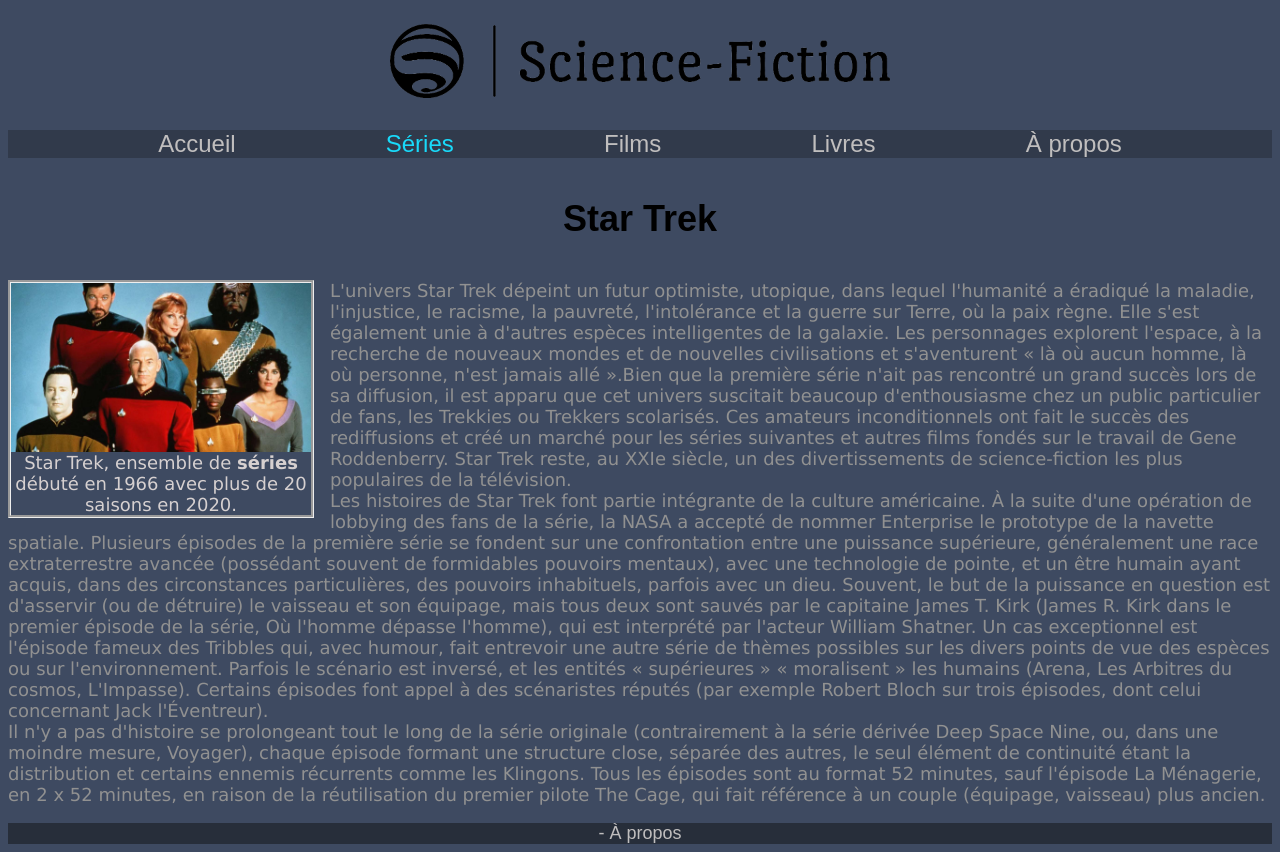
Repository: Emalios/Projet-Web
Page: html/series/star-trek.html
An editor plug-in stored every save of this project. The page is shown before and after the next save, followed by the edit.
The browser window is 1280 px wide. The pictures show the whole page.

Above is the page before, as saved 2020-11-11 20:49:55.

### html/series/star-trek.html
<!DOCTYPE html>
<html lang="fr" dir="ltr">

<head>
  <meta charset="utf-8">
  <meta name="viewport" content="width=device-width, initial-scale=1.0">
  <title>Star Trek</title>
  <link rel="icon" href="../../images/small_icon.png" type="image/png">
  <link rel="stylesheet" href="../../css/common.css">
  <link rel="stylesheet" href="../../css/description.css">
</head>

<body>
  <header>
    <img id="logo" src="../../images/logo_large.png" alt="logo de Science-fiction">

    <nav class="navbar">
      <a href="../../index.html" class="nav-link">Accueil</a>
      <a href="../series.html" id="active" class="nav-link">Séries</a>
      <a href="../films.html" class="nav-link">Films</a>
      <a href="../livres.html" class="nav-link">Livres</a>
      <a href="../a-propos.html" class="nav-link">À propos</a></li>
    </nav>
  </header>
  <h1 id="title">Star Trek</h1>
  <figure class="figure_descriptive">
    <img class="image_descriptive" alt="L'équipage de l'Enterprise" src="../../images/page-serie/star-trek-equipage.jpg" />
    <figcaption class="description">Star Trek, ensemble de <b>séries</b> débuté en 1966 avec plus de 20 saisons en 2020.</figcaption>
  </figure>
  <main>
  <p class="resume">
    L'univers Star Trek dépeint un futur optimiste, utopique, dans lequel l'humanité a éradiqué la maladie, l'injustice, le racisme, la pauvreté, l'intolérance et la guerre sur Terre, où la paix règne. Elle s'est également unie à d'autres espèces
    intelligentes de la galaxie. Les personnages explorent l'espace, à la recherche de nouveaux mondes et de nouvelles civilisations et s'aventurent « là où aucun homme, là où personne, n'est jamais allé ».Bien que la première série n'ait pas
    rencontré un grand succès lors de sa diffusion, il est apparu que cet univers suscitait beaucoup d'enthousiasme chez un public particulier de fans, les Trekkies ou Trekkers scolarisés. Ces amateurs inconditionnels ont fait le succès des
    rediffusions et créé un marché pour les séries suivantes et autres films fondés sur le travail de Gene Roddenberry. Star Trek reste, au XXIe siècle, un des divertissements de science-fiction les plus populaires de la télévision.</br>

    Les histoires de Star Trek font partie intégrante de la culture américaine. À la suite d'une opération de lobbying des fans de la série, la NASA a accepté de nommer Enterprise le prototype de la navette spatiale.

    Plusieurs épisodes de la première série se fondent sur une confrontation entre une puissance supérieure, généralement une race extraterrestre avancée (possédant souvent de formidables pouvoirs mentaux), avec une technologie de pointe, et un être
    humain ayant acquis, dans des circonstances particulières, des pouvoirs inhabituels, parfois avec un dieu. Souvent, le but de la puissance en question est d'asservir (ou de détruire) le vaisseau et son équipage, mais tous deux sont sauvés par le
    capitaine James T. Kirk (James R. Kirk dans le premier épisode de la série, Où l'homme dépasse l'homme), qui est interprété par l'acteur William Shatner. Un cas exceptionnel est l'épisode fameux des Tribbles qui, avec humour, fait entrevoir une
    autre série de thèmes possibles sur les divers points de vue des espèces ou sur l'environnement. Parfois le scénario est inversé, et les entités « supérieures » « moralisent » les humains (Arena, Les Arbitres du cosmos, L'Impasse). Certains
    épisodes font appel à des scénaristes réputés (par exemple Robert Bloch sur trois épisodes, dont celui concernant Jack l'Éventreur).</br>

    Il n'y a pas d'histoire se prolongeant tout le long de la série originale (contrairement à la série dérivée Deep Space Nine, ou, dans une moindre mesure, Voyager), chaque épisode formant une structure close, séparée des autres, le seul élément de
    continuité étant la distribution et certains ennemis récurrents comme les Klingons. Tous les épisodes sont au format 52 minutes, sauf l'épisode La Ménagerie, en 2 x 52 minutes, en raison de la réutilisation du premier pilote The Cage, qui fait
    référence à un couple (équipage, vaisseau) plus ancien.
  </p>
  </main>
  <footer><a href="../a-propos.html" class="footer-link">- À propos</a></footer>

</body>

</html>

### css/common.css
body {
  background-color: #3e4a61;
  font-size: 18px;
  font-family: "Source Sans Pro", sans-serif;
}

#logo {
  display: block;
  margin-left: auto;
  margin-right: auto;
  padding-top: 1rem;
  padding-bottom: 2rem;
  max-width: 500px;
}

ul {
  list-style: none outside none;
}

.navbar {
  font-size: 24px;
  display: flex;
  flex-wrap: wrap;
  justify-content: space-evenly;
  padding: 0;
  background-color: #313a4b;
}

.nav-link, .footer-link {
  text-decoration: none;
  color: #c0bebe;
}

.nav-link:hover {
  color: #19dafa;
}

#active {
  color: #19dafa !important;
}

#title {
  text-align: center;
  padding: 1rem;
}

footer {
  background-color: #272e3a;
  text-align: center;
}

@media all and (max-width: 700px) {
  #logo {
    display: block;
    margin-left: auto;
    margin-right: auto;
    padding-top: 1em;
    width: 85%;
    max-width: 500px;
  }

}

### css/description.css
.resume, .description {
  color: #919191;
  font-family: Verdana, sans-serif;
}

.description {
    color: #d6d0d0;
}

.figure_descriptive {
    margin: 0;
    margin-right: 1rem;
    width: min-content;
    display: flex;
    flex-direction: column;
    float: left;
    text-align: center;
    border-style: groove;
}

.description {
  margin: 0;
  width: 100%;
  text-align: center;
}

.image_descriptive {
  float: left;
  width: 100%;
  min-width: 300px;
}

After the next save:
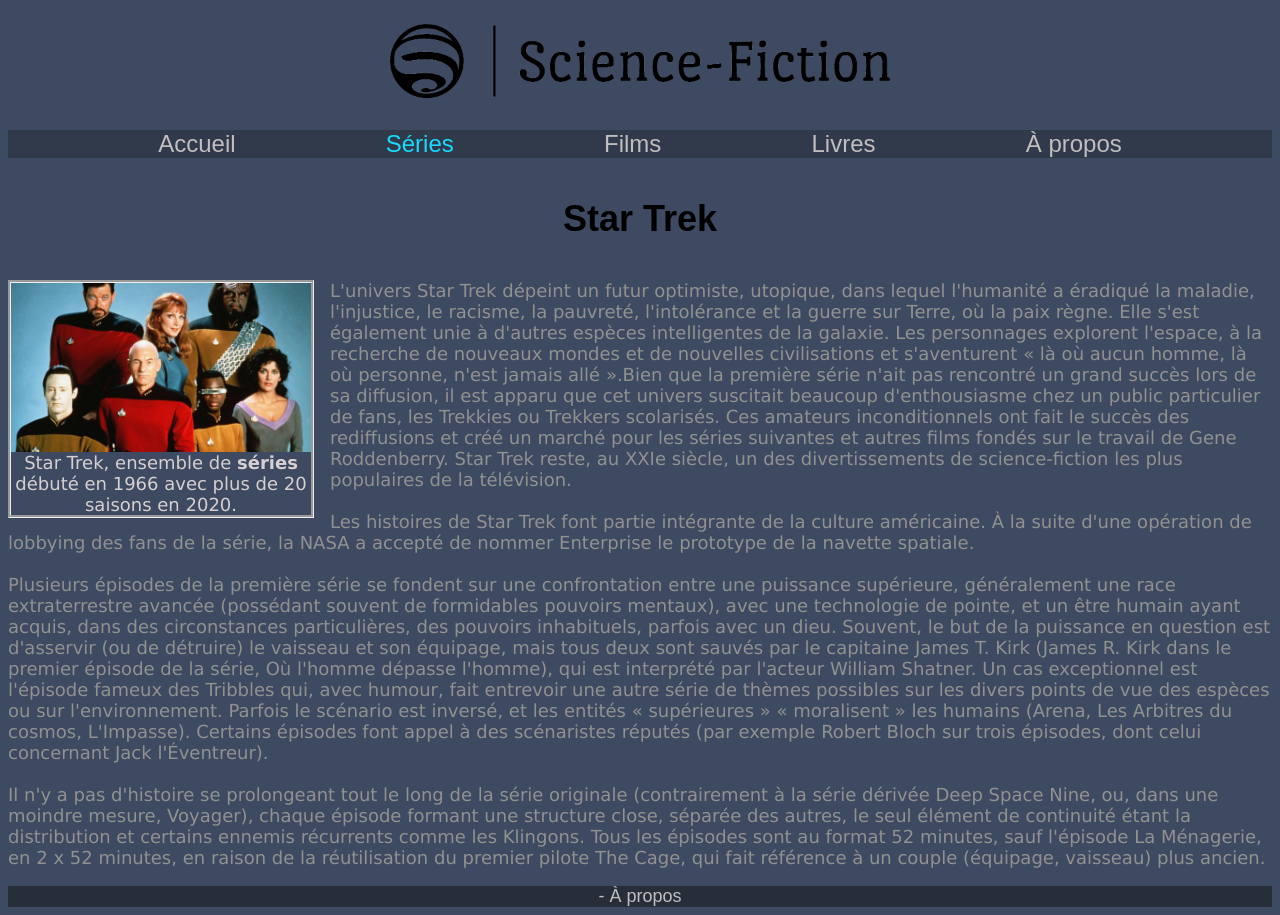
Saved 7 s later.
--- a/html/series/star-trek.html
+++ b/html/series/star-trek.html
@@ -19,7 +19,7 @@
       <a href="../series.html" id="active" class="nav-link">Séries</a>
       <a href="../films.html" class="nav-link">Films</a>
       <a href="../livres.html" class="nav-link">Livres</a>
-      <a href="../a-propos.html" class="nav-link">À propos</a></li>
+      <a href="../a-propos.html" class="nav-link">À propos</a>
     </nav>
   </header>
   <h1 id="title">Star Trek</h1>
@@ -28,24 +28,27 @@
     <figcaption class="description">Star Trek, ensemble de <b>séries</b> débuté en 1966 avec plus de 20 saisons en 2020.</figcaption>
   </figure>
   <main>
-  <p class="resume">
-    L'univers Star Trek dépeint un futur optimiste, utopique, dans lequel l'humanité a éradiqué la maladie, l'injustice, le racisme, la pauvreté, l'intolérance et la guerre sur Terre, où la paix règne. Elle s'est également unie à d'autres espèces
-    intelligentes de la galaxie. Les personnages explorent l'espace, à la recherche de nouveaux mondes et de nouvelles civilisations et s'aventurent « là où aucun homme, là où personne, n'est jamais allé ».Bien que la première série n'ait pas
-    rencontré un grand succès lors de sa diffusion, il est apparu que cet univers suscitait beaucoup d'enthousiasme chez un public particulier de fans, les Trekkies ou Trekkers scolarisés. Ces amateurs inconditionnels ont fait le succès des
-    rediffusions et créé un marché pour les séries suivantes et autres films fondés sur le travail de Gene Roddenberry. Star Trek reste, au XXIe siècle, un des divertissements de science-fiction les plus populaires de la télévision.</br>
+    <p class="resume">
+      L'univers Star Trek dépeint un futur optimiste, utopique, dans lequel l'humanité a éradiqué la maladie, l'injustice, le racisme, la pauvreté, l'intolérance et la guerre sur Terre, où la paix règne. Elle s'est également unie à d'autres espèces
+      intelligentes de la galaxie. Les personnages explorent l'espace, à la recherche de nouveaux mondes et de nouvelles civilisations et s'aventurent « là où aucun homme, là où personne, n'est jamais allé ».Bien que la première série n'ait pas
+      rencontré un grand succès lors de sa diffusion, il est apparu que cet univers suscitait beaucoup d'enthousiasme chez un public particulier de fans, les Trekkies ou Trekkers scolarisés. Ces amateurs inconditionnels ont fait le succès des
+      rediffusions et créé un marché pour les séries suivantes et autres films fondés sur le travail de Gene Roddenberry. Star Trek reste, au XXIe siècle, un des divertissements de science-fiction les plus populaires de la télévision.</br></br>
 
-    Les histoires de Star Trek font partie intégrante de la culture américaine. À la suite d'une opération de lobbying des fans de la série, la NASA a accepté de nommer Enterprise le prototype de la navette spatiale.
+      Les histoires de Star Trek font partie intégrante de la culture américaine. À la suite d'une opération de lobbying des fans de la série, la NASA a accepté de nommer Enterprise le prototype de la navette spatiale.</br></br>
 
-    Plusieurs épisodes de la première série se fondent sur une confrontation entre une puissance supérieure, généralement une race extraterrestre avancée (possédant souvent de formidables pouvoirs mentaux), avec une technologie de pointe, et un être
-    humain ayant acquis, dans des circonstances particulières, des pouvoirs inhabituels, parfois avec un dieu. Souvent, le but de la puissance en question est d'asservir (ou de détruire) le vaisseau et son équipage, mais tous deux sont sauvés par le
-    capitaine James T. Kirk (James R. Kirk dans le premier épisode de la série, Où l'homme dépasse l'homme), qui est interprété par l'acteur William Shatner. Un cas exceptionnel est l'épisode fameux des Tribbles qui, avec humour, fait entrevoir une
-    autre série de thèmes possibles sur les divers points de vue des espèces ou sur l'environnement. Parfois le scénario est inversé, et les entités « supérieures » « moralisent » les humains (Arena, Les Arbitres du cosmos, L'Impasse). Certains
-    épisodes font appel à des scénaristes réputés (par exemple Robert Bloch sur trois épisodes, dont celui concernant Jack l'Éventreur).</br>
+      Plusieurs épisodes de la première série se fondent sur une confrontation entre une puissance supérieure, généralement une race extraterrestre avancée (possédant souvent de formidables pouvoirs mentaux), avec une technologie de pointe, et un
+      être
+      humain ayant acquis, dans des circonstances particulières, des pouvoirs inhabituels, parfois avec un dieu. Souvent, le but de la puissance en question est d'asservir (ou de détruire) le vaisseau et son équipage, mais tous deux sont sauvés par
+      le
+      capitaine James T. Kirk (James R. Kirk dans le premier épisode de la série, Où l'homme dépasse l'homme), qui est interprété par l'acteur William Shatner. Un cas exceptionnel est l'épisode fameux des Tribbles qui, avec humour, fait entrevoir une
+      autre série de thèmes possibles sur les divers points de vue des espèces ou sur l'environnement. Parfois le scénario est inversé, et les entités « supérieures » « moralisent » les humains (Arena, Les Arbitres du cosmos, L'Impasse). Certains
+      épisodes font appel à des scénaristes réputés (par exemple Robert Bloch sur trois épisodes, dont celui concernant Jack l'Éventreur).</br></br>
 
-    Il n'y a pas d'histoire se prolongeant tout le long de la série originale (contrairement à la série dérivée Deep Space Nine, ou, dans une moindre mesure, Voyager), chaque épisode formant une structure close, séparée des autres, le seul élément de
-    continuité étant la distribution et certains ennemis récurrents comme les Klingons. Tous les épisodes sont au format 52 minutes, sauf l'épisode La Ménagerie, en 2 x 52 minutes, en raison de la réutilisation du premier pilote The Cage, qui fait
-    référence à un couple (équipage, vaisseau) plus ancien.
-  </p>
+      Il n'y a pas d'histoire se prolongeant tout le long de la série originale (contrairement à la série dérivée Deep Space Nine, ou, dans une moindre mesure, Voyager), chaque épisode formant une structure close, séparée des autres, le seul élément
+      de
+      continuité étant la distribution et certains ennemis récurrents comme les Klingons. Tous les épisodes sont au format 52 minutes, sauf l'épisode La Ménagerie, en 2 x 52 minutes, en raison de la réutilisation du premier pilote The Cage, qui fait
+      référence à un couple (équipage, vaisseau) plus ancien.
+    </p>
   </main>
   <footer><a href="../a-propos.html" class="footer-link">- À propos</a></footer>
 
